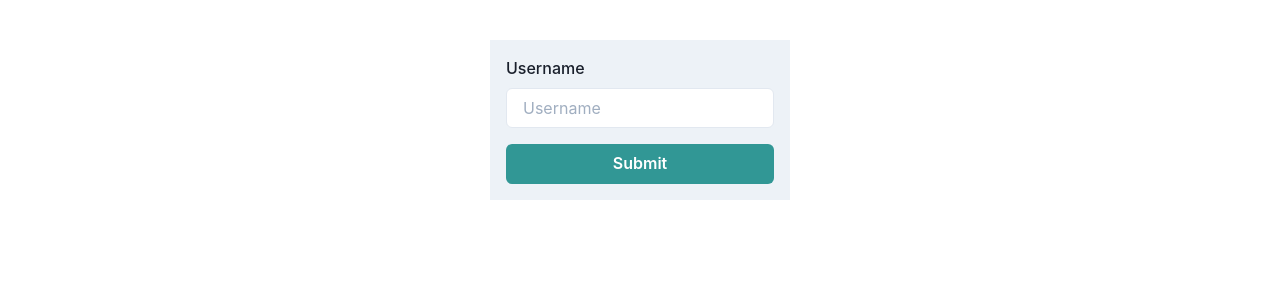
Repository: vinirk/state-management-frameworks
Page: / (app in recoil-app/)
These files come from the project's save history. The page is drawn as it stood at one moment and after the next save; the edit follows.
The browser window is 1280 px wide. The pictures show the whole page.
The project was rebuilt for these pictures with package versions that can differ from the ones it lists, and the page was loaded fresh each time.

Above is the page before, as saved 2022-02-02 05:21:38.

After the next save:
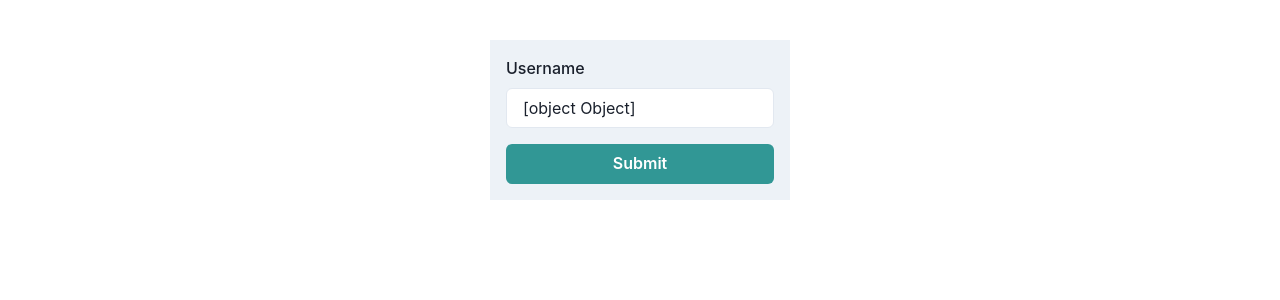
Saved 87 s later.
--- a/recoil-app/src/components/ProfileContainer.js
+++ b/recoil-app/src/components/ProfileContainer.js
@@ -4,7 +4,11 @@ import Profile from "./Profile";
 
 const profileState = atom({
   key: "profileState",
-  default: ""
+  default: {
+    username: '',
+    fetching: false,
+    message: null,
+  }
 });
 
 function ProfileContainer(props) {
@@ -12,8 +16,8 @@ function ProfileContainer(props) {
   const [username, setUsername] = useRecoilState(profileState);
   const [fetching, setFetching] = useRecoilState(profileState);
 
-  const updateUserName = (name) => {
-    setUsername(name);
+  const updateUserName = (username) => {
+    setUsername({ username });
   };
 
   return (
